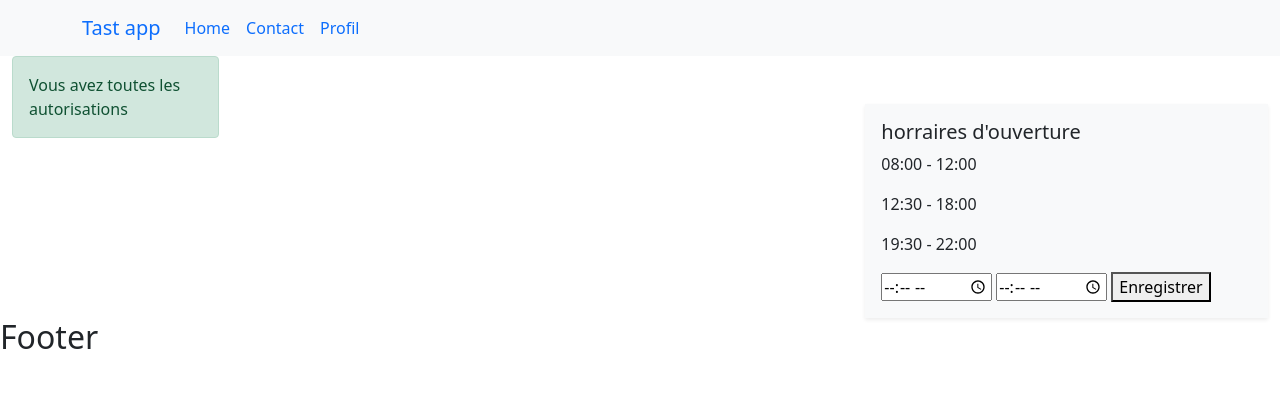
Repository: FS-23/php-getstarted
Page: http://localhost/
These files come from the project's save history. The page is drawn as it stood at one moment and after the next save; the edit follows.
The browser window is 1280 px wide. The pictures show the whole page.
The page is run by PHP 8.4 with error messages shown; the project is at /var/www/html/.

Above is the page before, as saved 2022-05-28 12:34:08.

After the next save:
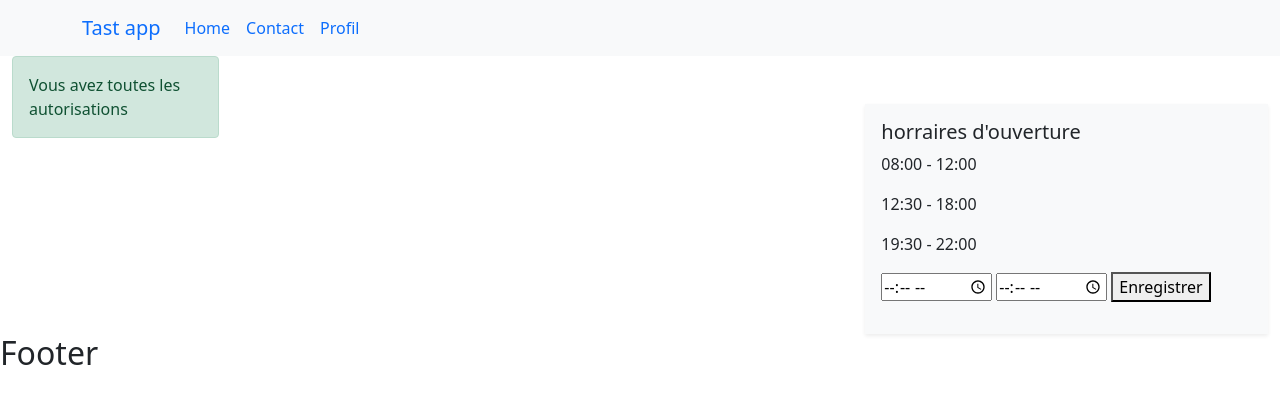
Saved 41 s later.
--- a/demoAPP/index.php
+++ b/demoAPP/index.php
@@ -28,9 +28,11 @@
                        <p><?php echo $item ?></p>
                    <?php endforeach; ?>
                    <div>
-                       <input type="time">
-                       <input type="time">
-                       <button>Enregistrer</button>
+                       <form action="">
+                            <input type="time">
+                            <input type="time">
+                            <button>Enregistrer</button>
+                       </form>
                    </div>
                   <?php
                     // if($user == "admin")
